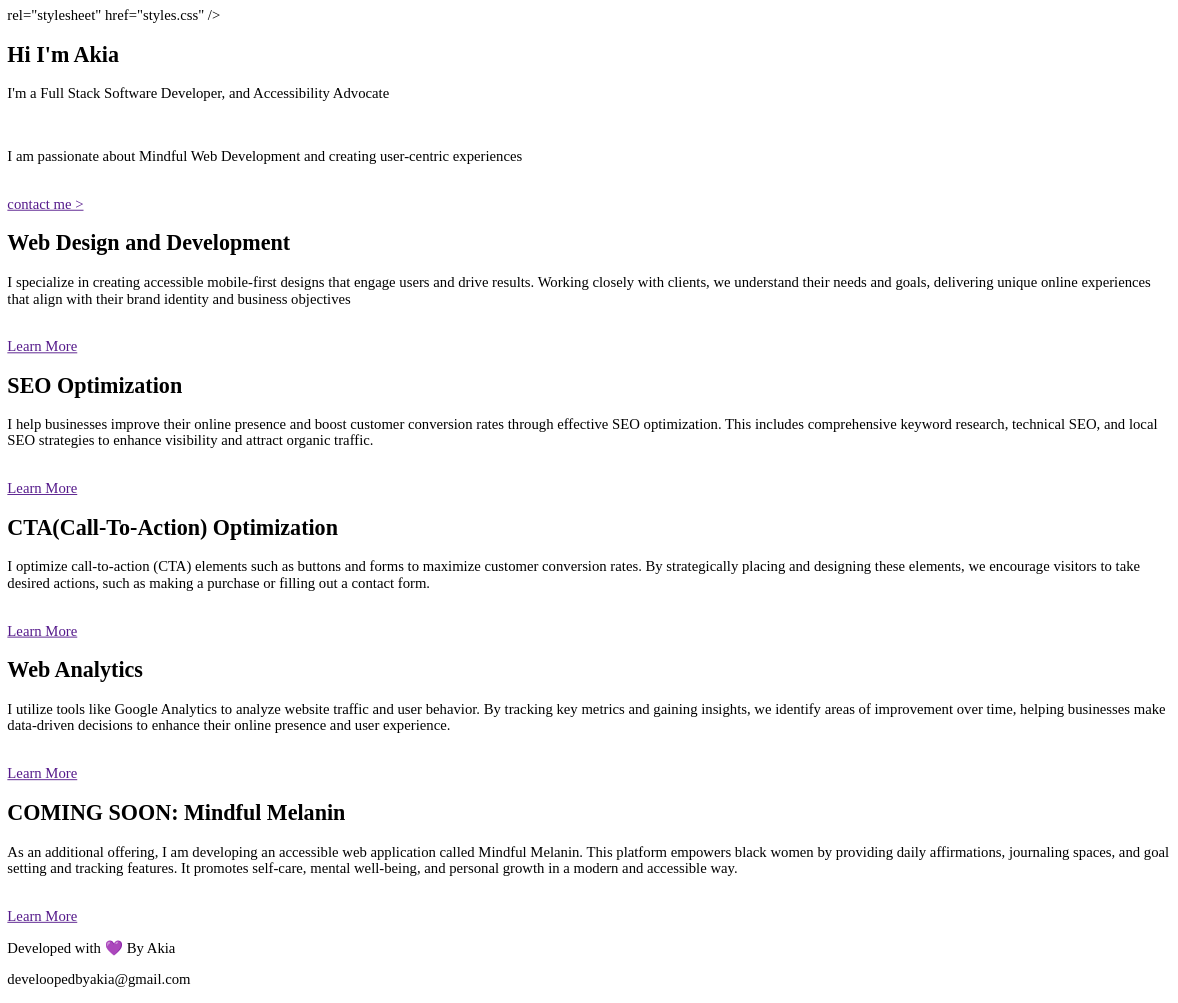
Repository: akiachenise/akiachenise.github.io
Page: index.html
The author's editor kept a copy of each file at every save. The page is drawn from the files as they stood at one save, then again after the next save.
The browser window is 1280 px wide. The pictures show the whole page, at 92% of full size.

Above is the page before, as saved 2023-06-08 14:24:04.

### index.html
<!DOCTYPE html>
<html lang = "en">
<head>
     <meta charset="utf-8" />
     <title>Developed By Akia</title>
     <link> rel="stylesheet" href="styles.css" />
     <meta name="viewport" content="width=device-width, initial-scale=1">

</head>
<body>
    <header>
        <div class="switch">
            <div class="flicker"></div>
            <div class="moon"></div>
        </div>
    </header>

    <section class="main">
        <div class="main-text">
            <h1>Hi I'm Akia</h1>
            <p>I'm a Full Stack Software Developer, and Accessibility Advocate</p>
            <br/>
            <p>I am passionate about Mindful Web Development and creating user-centric experiences</p>
            <br/>
            <a href="">contact me ></a>
        </div>

        </section>
    <section class="sub-section">
        <div class="square">
            <h2>Web Design and Development</h2>
            <p>I specialize in creating accessible mobile-first designs that engage users and drive results. Working closely with clients, we understand their needs and goals, delivering unique online experiences that align with their brand identity and business objectives</p>
            </br>
            <a href="">Learn More</a>
            <h2>SEO Optimization</h2>
            <p>I help businesses improve their online presence and boost customer conversion rates through effective SEO optimization. This includes comprehensive keyword research, technical SEO, and local SEO strategies to enhance visibility and attract organic traffic.</p>
            </br>
            <a href="">Learn More</a>
            <h2>CTA(Call-To-Action) Optimization</h2>
            <p>I optimize call-to-action (CTA) elements such as buttons and forms to maximize customer conversion rates. By strategically placing and designing these elements, we encourage visitors to take desired actions, such as making a purchase or filling out a contact form.</p>
            </br>
            <a href="">Learn More</a>
            <h2>Web Analytics</h2>
            <p>I utilize tools like Google Analytics to analyze website traffic and user behavior. By tracking key metrics and gaining insights, we identify areas of improvement over time, helping businesses make data-driven decisions to enhance their online presence and user experience.</p>
            </br>
            <a href="">Learn More</a>
            <h2>COMING SOON: Mindful Melanin</h2>
            <p>As an additional offering, I am developing an accessible web application called Mindful Melanin. This platform empowers black women by providing daily affirmations, journaling spaces, and goal setting and tracking features. It promotes self-care, mental well-being, and personal growth in a modern and accessible way.</p>
            </br>
            <a href="">Learn More</a>

        </div>
    </section>

        <footer>
            <p> Developed with 💜 By Akia</p>
            <p>develoopedbyakia@gmail.com</p>
        </footer>

            <script src="scripts.js></script>
        </body>
    </html>

After the next save:
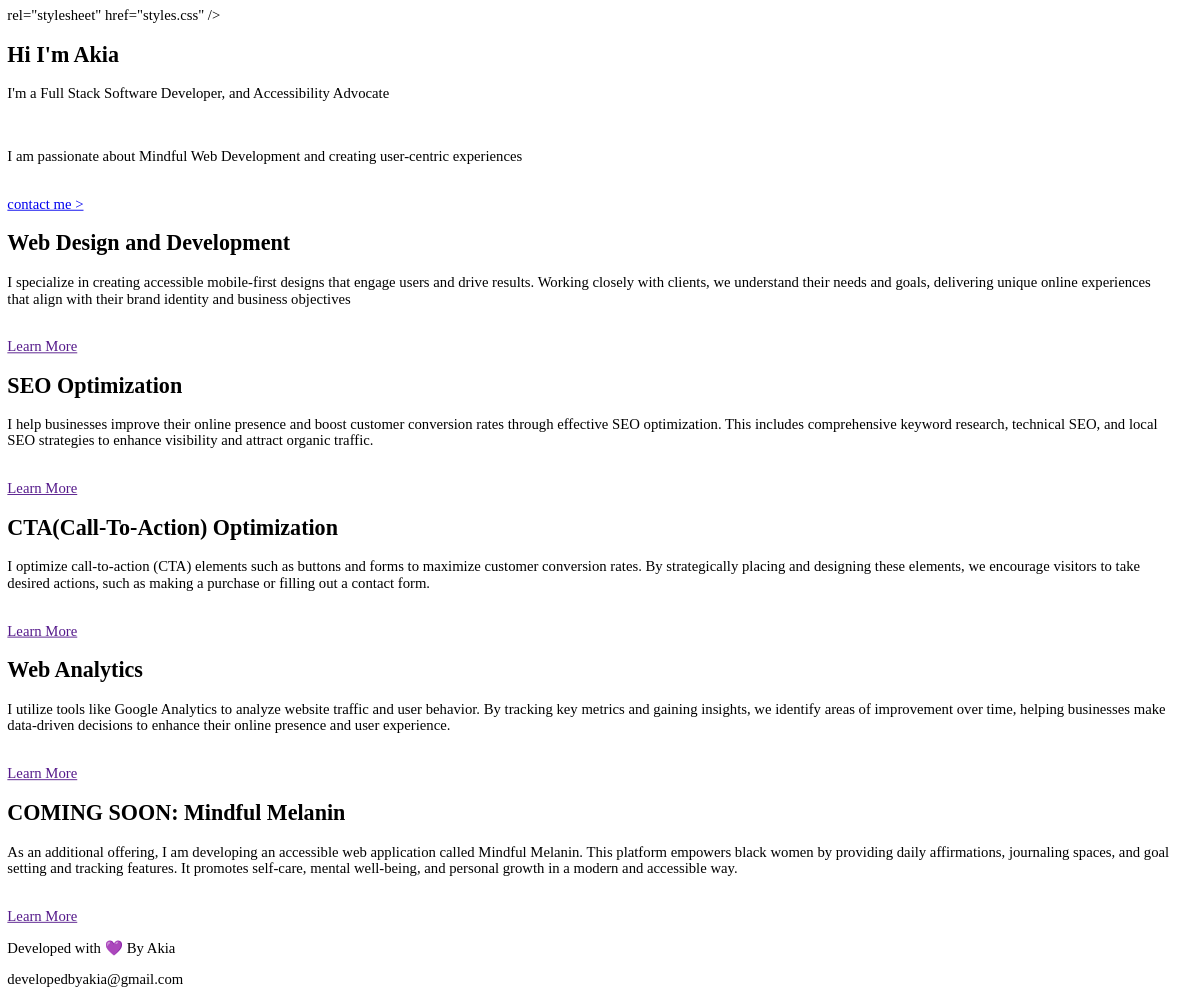
Saved 22 min 7 s later.
--- a/index.html
+++ b/index.html
@@ -22,7 +22,7 @@
             <br/>
             <p>I am passionate about Mindful Web Development and creating user-centric experiences</p>
             <br/>
-            <a href="">contact me ></a>
+            <a href="#footer">contact me ></a>
         </div>
 
         </section>
@@ -52,9 +52,9 @@
         </div>
     </section>
 
-        <footer>
+        <footer id ="footer">
             <p> Developed with 💜 By Akia</p>
-            <p>develoopedbyakia@gmail.com</p>
+            <p>developedbyakia@gmail.com</p>
         </footer>
 
             <script src="scripts.js></script>
